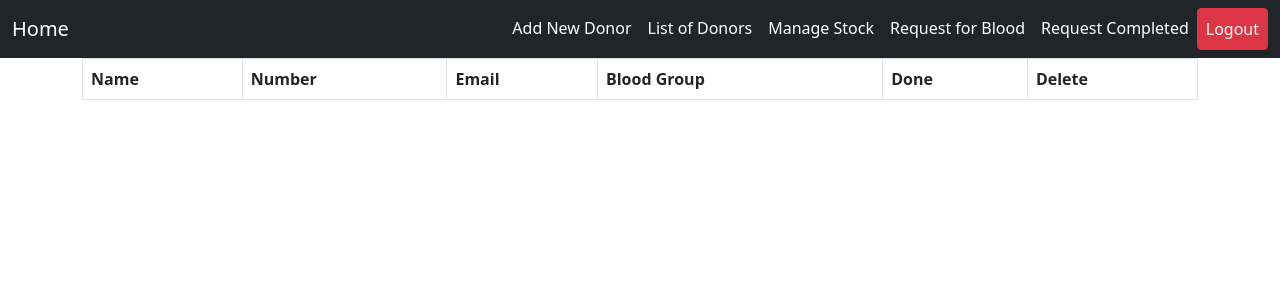
Repository: kshitizJ/Blood-Bank-Management-System-in-jsp
Page: http://localhost/Blood_Bank_Management_System/requestForBlood.jsp
The author's editor kept a copy of each file at every save. The page is drawn from the files as they stood at one save, then again after the next save.
The browser window is 1280 px wide. The pictures show the whole page.
The page is served by Tomcat 9. Queries for data that is not in the repository find no rows.

Above is the page before, as saved 2021-04-28 14:09:15.

After the next save:
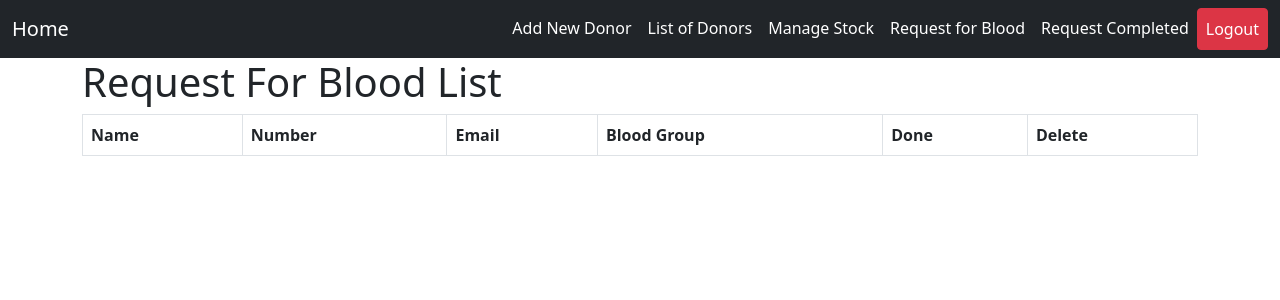
Saved 73 s later.
--- a/Blood Bank Management System/WebContent/requestForBlood.jsp
+++ b/Blood Bank Management System/WebContent/requestForBlood.jsp
@@ -10,6 +10,7 @@
 <body>
 	<div class="container">
 		<div class="row">
+		<div class="col-12"><h1>Request For Blood List</h1></div>
 			<div class="col-12">
 				<table class="table table-bordered table-striped table-hover">
 					<thead>
